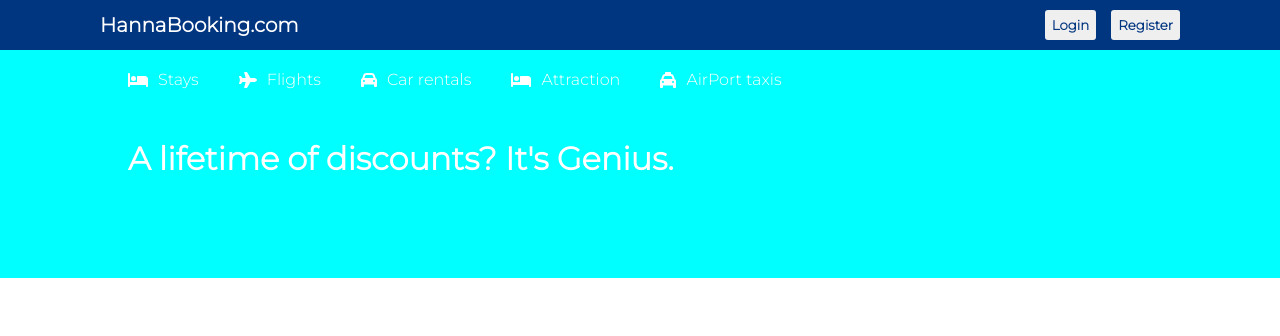
Repository: truongnguyenuit/BookingWebApp
Page: /
These files come from the project's save history. The page is drawn as it stood at one moment and after the next save; the edit follows.
The browser window is 1280 px wide. The pictures show the whole page.
The project was rebuilt for these pictures with package versions that can differ from the ones it lists, and the page was loaded fresh each time.

Above is the page before, as saved 2022-05-26 15:35:34.

### public/index.html
<!DOCTYPE html>
<html lang="en">
  <head>
    <meta charset="utf-8" />
    <meta name="viewport" content="width=device-width, initial-scale=1" />
    <meta
      name="description"
      content="Web site created using create-react-app"
    />
    <link
      href="https://fonts.googleapis.com/css2?family=Montserrat:wght@300&display=swap"
      rel="stylesheet"
    >
    <style>
      *{
        font-family: 'Montserrat', sans-serif;
        margin: 0;
      }
    </style>

    <title>HannaBooking</title>
  </head>
  <body>
    <noscript>You need to enable JavaScript to run this app.</noscript>
    <div id="root"></div>
  </body>
</html>

### src/App.js
import Home from "./pages/home/Home";
function App() {
  return (
    <Home />
  );
}

export default App;

### src/pages/home/Home.jsx
import React from 'react'
import Header from '../../components/header/Header';
import Navbar from '../../components/navbar/Navbar';
const Home = () => {
  return (
    <div>
      <Navbar />
      <Header />
    </div>
  )
}
export default Home;

### src/components/header/Header.jsx
import {
    faBed,
    faCalendarDays,
    faCar,
    faPerson,
    faPlane,
    faTaxi,
} from "@fortawesome/free-solid-svg-icons";
import { FontAwesomeIcon } from "@fortawesome/react-fontawesome";
import "./header.css";
// import { DateRange } from "react-date-range";
import { useState } from "react";
// import "react-date-range/dist/styles.css"; // main css file
// import "react-date-range/dist/theme/default.css"; // theme css file
// import { format } from "date-fns";
import { useNavigate } from "react-router-dom";
const Header = ({ type }) => {
    const [destination, setDestination] = useState("");
    const [openDate, setOpenDate] = useState(false);
    const [date, setDate] = useState([
        {
            startDate: new Date(),
            endDate: new Date(),
            key: "selection",
        }
    ]);
    const [openOptions, setOpenOptions] = useState(false);
    const [options, setOptions] = useState({
        adult: 1,
        children: 0,
        room: 1,
    });

    //const navigate = useNavigate();
    return (
        <div className="header">
            <div className="headerContainer">
                <div className="headerList">
                    <div className="headerListItem">
                        <FontAwesomeIcon icon={faBed} />
                        <span>Stays</span>
                    </div>
                    <div className="headerListItem">
                        <FontAwesomeIcon icon={faPlane} />
                        <span>Flights</span>
                    </div>
                    <div className="headerListItem">
                        <FontAwesomeIcon icon={faCar} />
                        <span>Car rentals</span>
                    </div>
                    <div className="headerListItem">
                        <FontAwesomeIcon icon={faBed} />
                        <span>Attraction</span>
                    </div>
                    <div className="headerListItem">
                        <FontAwesomeIcon icon={faTaxi} />
                        <span>AirPort taxis</span>
                    </div>
                </div>
                <>
                    <h1 className="HeaderTitle">
                        A lifetime of discounts? It's Genius.
                    </h1>
                    <p className="headerDesc">

                    </p>
                </>
            </div>
        </div>
    )
}
export default Header;

### src/components/navbar/Navbar.jsx
import React from 'react'
import "./navbar.css"
const Navbar = () => {
  return (
    <div className="navbar">
      <div className="navContainer">
        <span className="logo">HannaBooking.com</span>
        <div className="navItems">
          <button className="navButton">Login</button>
          <button className="navButton">Register</button>
        </div>
      </div>
    </div>
  )
}
export default Navbar;

### src/components/header/header.css
.header {
    background-color:aqua;
    color: white;
    display: flex;
    justify-content: center;
    position: relative;
}
.headerContainer {
    width:  100%;
    max-width: 1024px;
    margin: 20px 0px 100px 0px;
}
.headerList {
    display: flex;
    gap: 40px;
    margin-bottom: 50px;
}
.headerListItem {
    display: flex;
    align-items: center;
    gap: 10px;
}

### src/components/navbar/navbar.css
.navbar {
    height: 50px;
    background-color: #003580;
    display: flex;
    justify-content: center;
}
.navContainer {
    width: 100%;
    display: flex;
    justify-content: space-between;
    align-items: center;
    padding-left: 100px;
    padding-right: 100px;
}
.logo {
    font-weight: bold;
    font-size:20px ;
    color: white;
}
/* .navItems {
    width: 10.5%;
    display: flex;
    justify-content: space-between;
} */
.navButton {
    padding: 7px;
    border: none;
    border-radius: 3px;
    font-weight: bold;
    color: #003580;
    margin-left: 15px;
}

Loaded but not shown: src/index.js (common file)

After the next save:
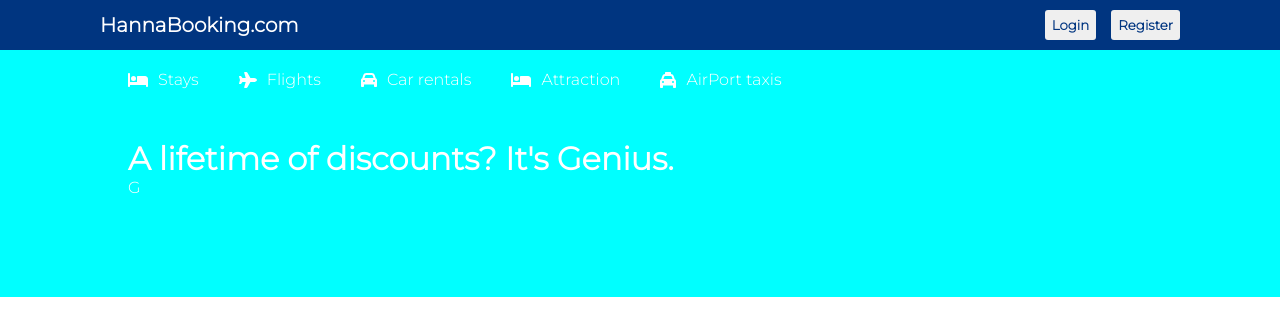
Saved 11 s later.
--- a/src/components/header/Header.jsx
+++ b/src/components/header/Header.jsx
@@ -62,7 +62,7 @@ const Header = ({ type }) => {
                         A lifetime of discounts? It's Genius.
                     </h1>
                     <p className="headerDesc">
-
+                        G
                     </p>
                 </>
             </div>
